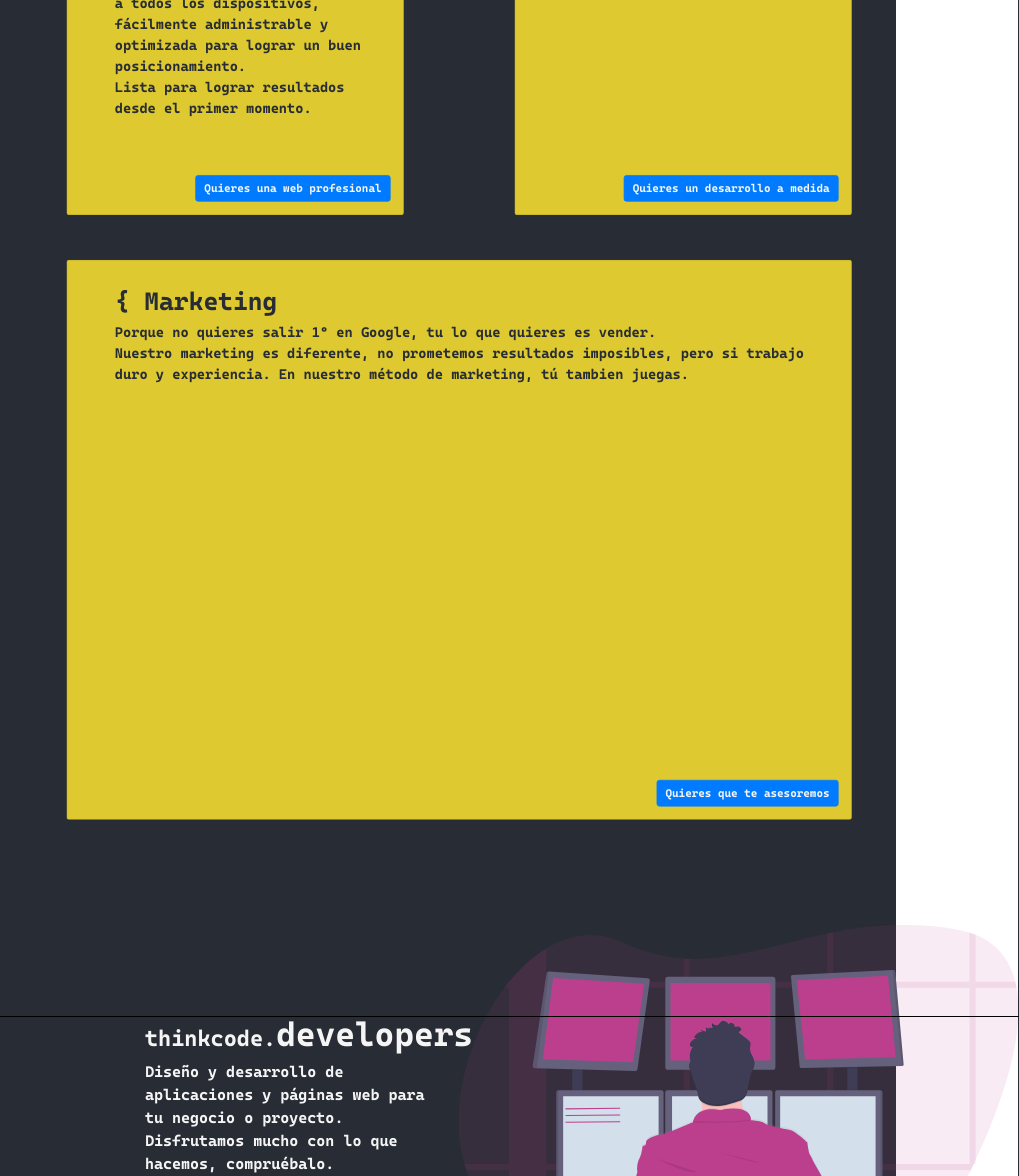
Repository: banchiec/thinkcode
Page: /
An editor plug-in stored every save of this project. The page is shown before and after the next save, followed by the edit.
The browser window is 1280 px wide. The page is 1455 px wide, so the pictures cover 1455 px, including what lies to the right of the window. The pictures show the part of the page from y = 1453 to 3133 px (the page is 3374 px tall before and 3534 px after), at 70% of full size.
Some web libraries are served in a nearby version. The project was rebuilt for these pictures with package versions that can differ from the ones it lists, and the page was loaded fresh each time. Also part of the build but not shown: src/components/MenuItems.js, src/components/Dropdownthink.css, src/components/Dropdownthink.js, src/components/pages/Consulting.js, src/components/pages/ContactUs.js, src/components/pages/Marketing.js, src/components/pages/Products.js, src/components/pages/Services.js and 1 more.

Above is the page before, as saved 2020-11-27 00:56:05.

After the next save:
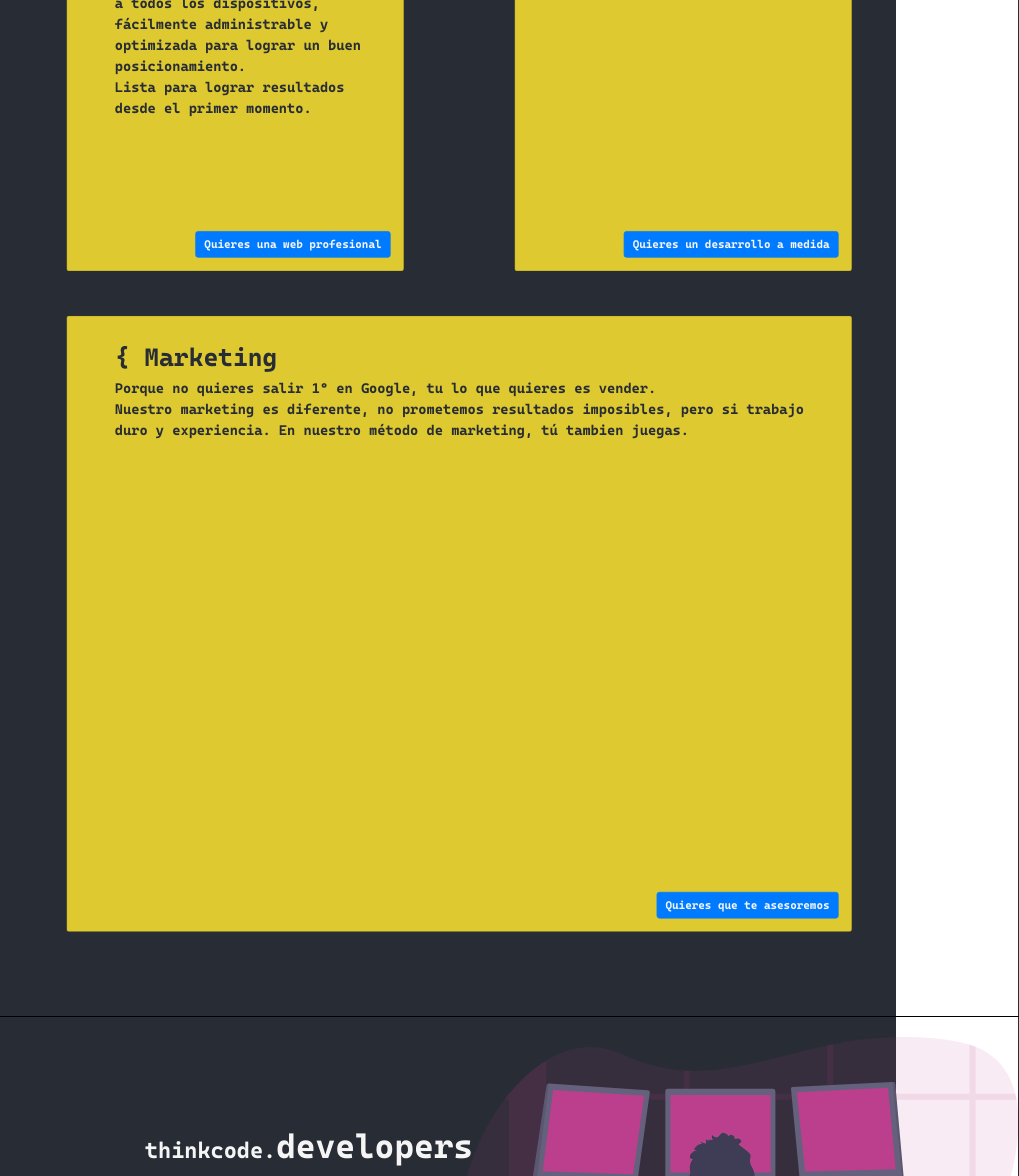
Saved 6 s later.
--- a/src/components/pricing/Pricing.css
+++ b/src/components/pricing/Pricing.css
@@ -21,7 +21,7 @@
     /* background: #3b4454; */
     /* background: linear-gradient(90deg, rgb(224, 242, 241) 0%, rgb(255, 255, 255) 100%); */
     margin-right: 3rem;
-    height: 50rem;
+    height: 55rem;
 }
 .card-button {
     /* margin-top: 3rem; */
